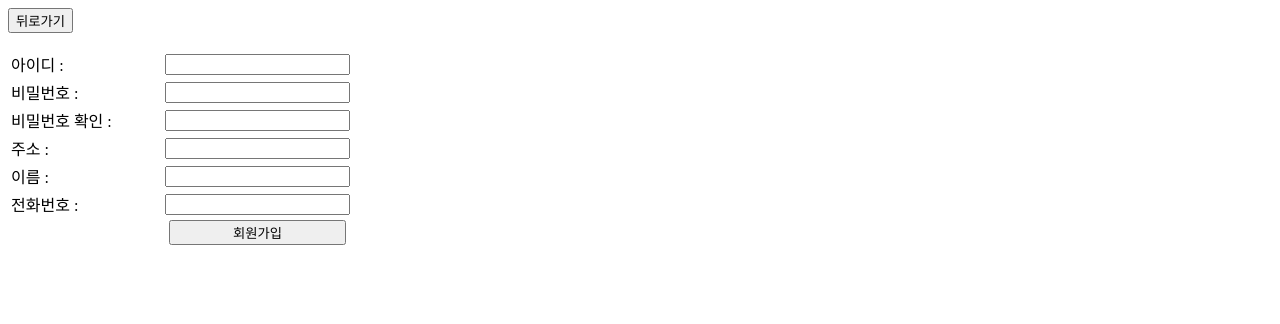
Repository: Ji-wonLee/book_store
Page: http://localhost/sms/WEB-INF/user/myInfo.jsp
An editor plug-in stored every save of this project. The page is shown before and after the next save, followed by the edit.
The browser window is 1280 px wide. The pictures show the whole page.
The page is served by Tomcat 9. Nobody is signed in. The template is opened directly, without the code that normally fills it, so the values that code supplies are empty.

Above is the page before, as saved 2024-05-27 03:41:07.

After the next save:
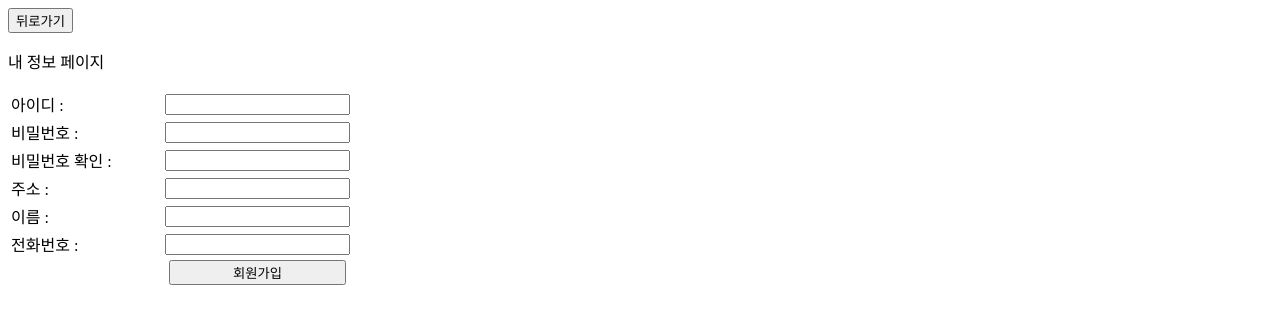
Saved 20 h 35 min later.
--- a/sms/src/main/webapp/WEB-INF/user/myInfo.jsp
+++ b/sms/src/main/webapp/WEB-INF/user/myInfo.jsp
@@ -20,6 +20,7 @@
 		}
 	</script>
 	<body>
+		<p>내 정보 페이지</p>
 		<c:set var ="stt" value="${idChkStt}"/>
 		<c:if test = "${stt eq 1}">
 			<script>
